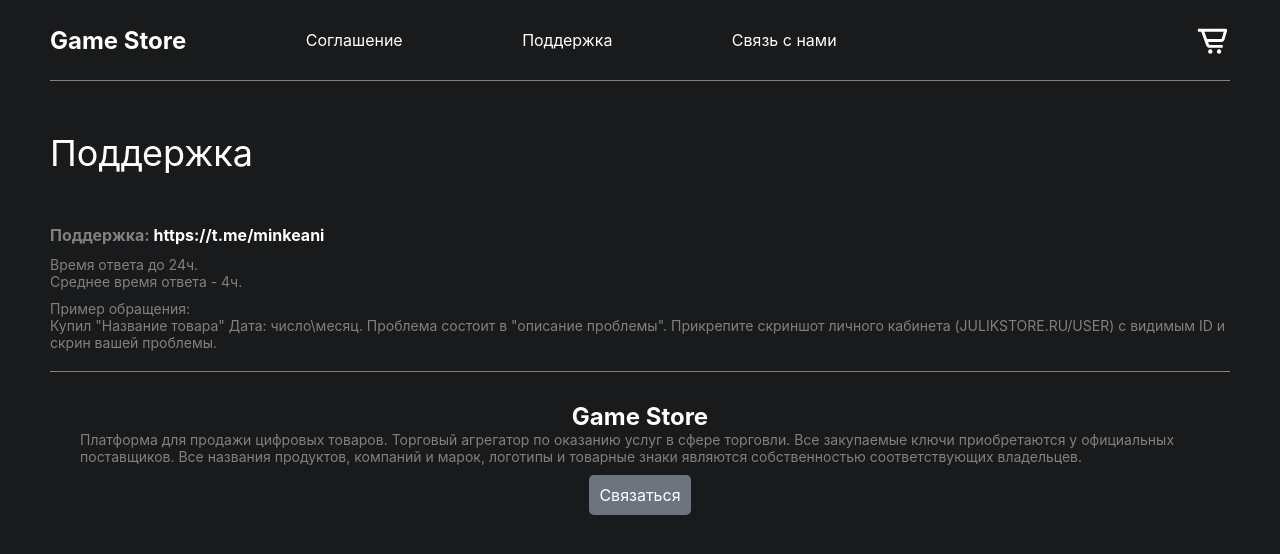
Repository: Minkeani/GameStore
Page: /support
The author's editor kept a copy of each file at every save. The page is drawn from the files as they stood at one save, then again after the next save.
The browser window is 1280 px wide. The pictures show the whole page.
The project was rebuilt for these pictures with package versions that can differ from the ones it lists, and the page was loaded fresh each time. Also part of the build but not shown: src/components/ItemsInCart/ItemsInCart.css, src/components/ItemsInCart/ItemsInCart.jsx, src/components/CartMenu/CartMenu.css, src/components/Btn/Btn.css, src/components/Btn/Btn.jsx, src/components/CartItem/CartItem.css, src/components/CartItem/CartItem.jsx, src/components/utils/utils.js and 19 more.

Above is the page before, as saved 2022-09-11 11:37:56.

After the next save:
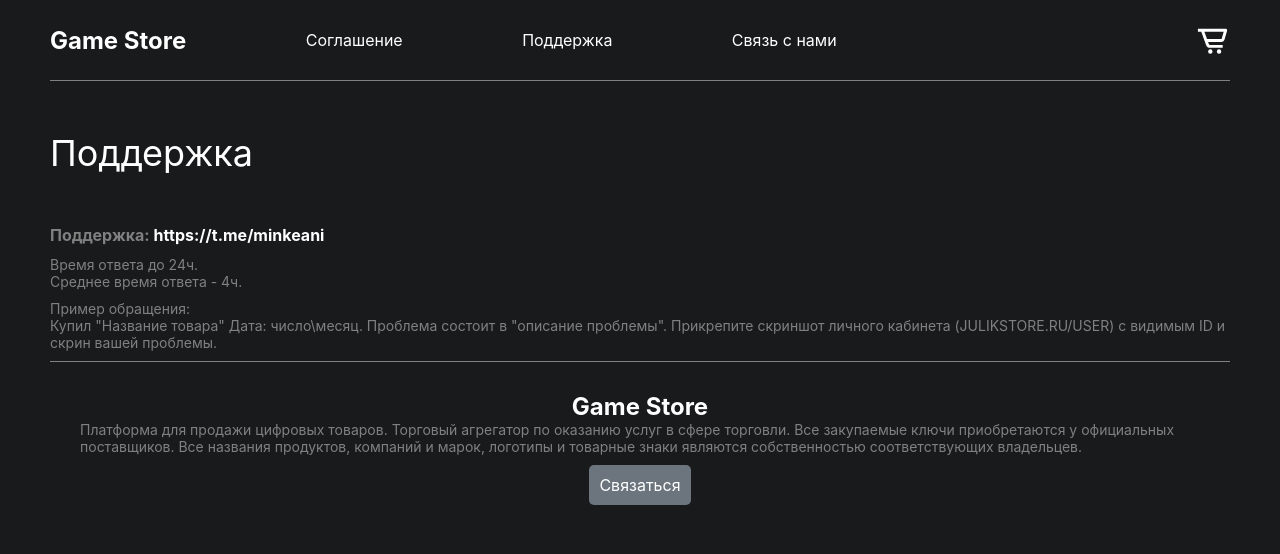
Saved 7 min 18 s later.
--- a/src/components/Footer/Footer.css
+++ b/src/components/Footer/Footer.css
@@ -3,8 +3,7 @@
     padding: 10px;
     display: flex;
     flex-grow: 1;
-    margin-bottom: 30px;
-    margin-top: 20px;
+    margin: 0;
     border-top: 1px solid gray
 }
 
